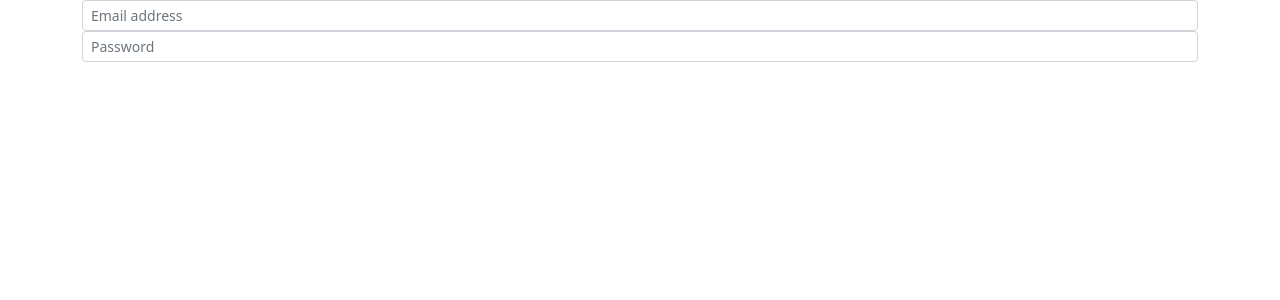
Repository: NPhanA/React2022
Page: / (app in Day 03-React/exercise/)
An editor plug-in stored every save of this project. The page is shown before and after the next save, followed by the edit.
The browser window is 1280 px wide. The pictures show the whole page.
The project was rebuilt for these pictures with package versions that can differ from the ones it lists, and the page was loaded fresh each time. Also part of the build but not shown: Day 03-React/exercise/src/App.css, Day 03-React/exercise/src/App.js, Day 03-React/exercise/src/Components/UserAgent.js, Day 03-React/exercise/src/Components/ProfileCard.js.

Above is the page before, as saved 2022-07-26 17:02:01.

### Day 03-React/exercise/src/index.js
import React from 'react';
import ReactDOM from 'react-dom/client';
import './index.css';
import App from './App';
import reportWebVitals from './reportWebVitals';
import 'bootstrap/dist/css/bootstrap.min.css';
import {createRoot} from 'react-dom/client';
import UserAgent from './Components/UserAgent';
import App1 from './Components/ProfileCard';
import ProfileCard from './Components/ProfileCard';
import SignInForm from './Components/SignInForm';
const container = document.getElementById('root');
const root = createRoot(container);
root.render(<SignInForm />);

### Day 03-React/exercise/src/Components/SignInForm.js
function SignInForm() {
    return (
        <div className="container">
            <div className="row">
                <div className="col-xs-12 col-xxl-3">
                <input type="email" className="form-control form-control-sm" placeholder="Email address" required></input>
                <input type="password" className="form-control form-control-sm" placeholder="Password" required></input>
                </div>
            </div>
        </div>
    );
}

export default SignInForm;

Loaded but not shown: Day 03-React/exercise/public/index.html (common file); Day 03-React/exercise/src/index.css (common file); Day 03-React/exercise/src/reportWebVitals.js (common file)

After the next save:
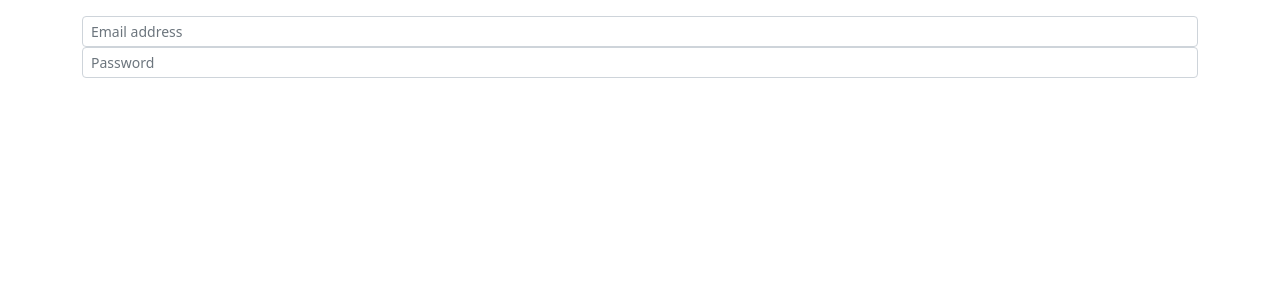
Saved 16 s later.
--- a/Day 03-React/exercise/src/Components/SignInForm.js
+++ b/Day 03-React/exercise/src/Components/SignInForm.js
@@ -3,7 +3,7 @@ function SignInForm() {
         <div className="container">
             <div className="row">
                 <div className="col-xs-12 col-xxl-3">
-                <input type="email" className="form-control form-control-sm" placeholder="Email address" required></input>
+                <input type="email" className="form-control form-control-sm mt-3" placeholder="Email address" required></input>
                 <input type="password" className="form-control form-control-sm" placeholder="Password" required></input>
                 </div>
             </div>
